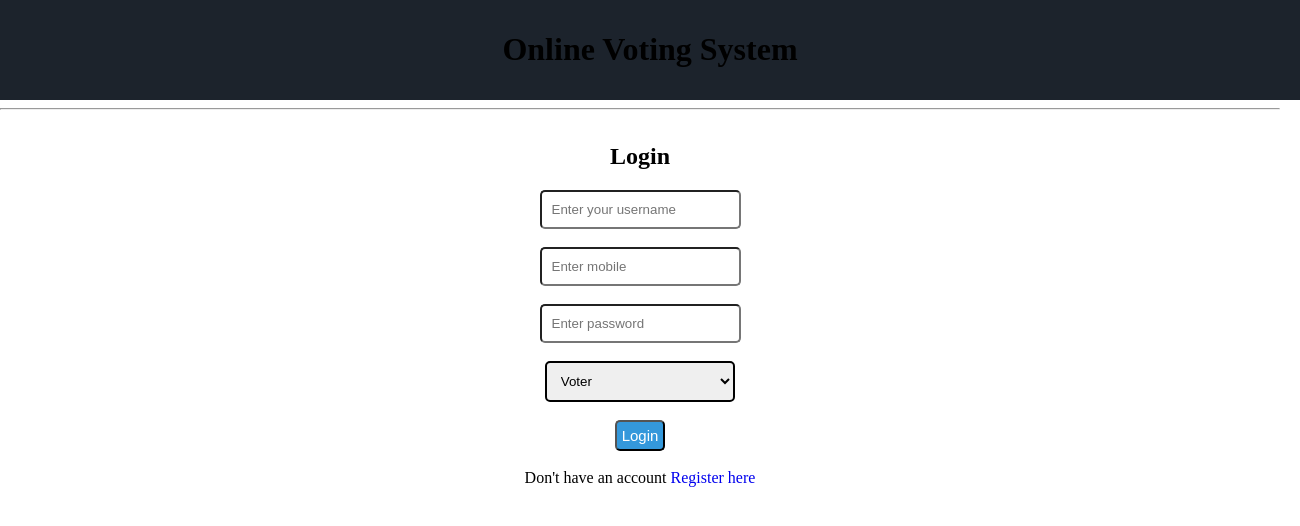
Repository: LeLoUcH-V-BrItAnIa/voting
Page: http://localhost/
These files come from the project's save history. The page is drawn as it stood at one moment and after the next save; the edit follows.
The browser window is 1280 px wide. The page is 1300 px wide, so the pictures cover 1300 px, including what lies to the right of the window. The pictures show the whole page.
The page is run by PHP 8.4 with error messages shown; the project is at /var/www/html/.

Above is the page before, as saved 2023-08-31 11:55:32.

### online-voting-system/index.php
<html>
    <head>
        <title>Online voting system - Home</title>
        <link rel="stylesheet" href="css/stylesheet.css">
    </head>
    <body>

            <center>
            <div id="headerSection" >
            <h1>Online Voting System</h1>
            </div>
            <hr>

            <div id="loginSection">
                <h2>Login</h2>
                <form action="api/login.php" method="POST">
                    <input type="text" name="username" placeholder="Enter your username" required><br><br>
                    <input type="number" name="mob" placeholder="Enter mobile" required><br><br>
                    <input type="password" name="pass" placeholder="Enter password" required><br><br>
                    <select name="role" style="width: 15%; border: 2px solid black">
                        <option value="1">Voter</option>
                        <option value="2">Candidate</option>
                    </select><br><br>
                    <button id="loginbtn" type="submit" name="loginbtn">Login</button><br><br>
                    Don't have an account <a href="routes/register.php">Register here</a>
                </form>
            </div>

            </center>
    </body>
</html>

### online-voting-system/css/stylesheet.css
body,html{
  margin: 0;
  height: 100%;

}
input {
  padding: 10px;
  border-radius: 5px;
}

select {
  padding: 10px;
  border-radius: 5px;
}

#upload {
  padding: 10px;
  border-radius: 5px;
  border: 2px solid black;
}

#headerSection {
  text-align: center;
  background-color: rgb(28, 35, 44);
  padding: 10px;
  width: 100%;
  font-family: Cursive;
}

#loginSection {
  padding: 5px;
}

body {
  background:linear-gradient(to ,#f000f0,#144568,#f000f0,#f000f0);
}

#loginbtn {
  padding: 5px;
  font-size: 15px;
  background-color: #3498db;
  color: white;
  border-radius: 5px;
}

#reglink {
  padding: 5px;
  font-size: 15px;
  background-color: #3498db;
  color: white;
  border-radius: 5px;
  text-decoration: none;
}

a {
  text-decoration: none;
}

#mainSection {
  padding: 10px;
}

#profileSection {
  width: 30%;
  float: left;
  background-color: white;
  padding: 20px;
}

#groupSection {
  width: 60%;
  float: right;
  background-color: white;
  padding: 20px;
}

#back-button {
  float: left;
  margin-left: 20px;
  margin-top: 20px;
  padding: 5px;
  font-size: 15px;
  background-color: #3498db;
  color: white;
  border-radius: 5px;
}

#logout-button {
  float: right;
  margin-right: 20px;
  margin-top: 20px;
  padding: 5px;
  font-size: 15px;
  background-color: #3498db;
  color: white;
  border-radius: 5px;
}

After the next save:
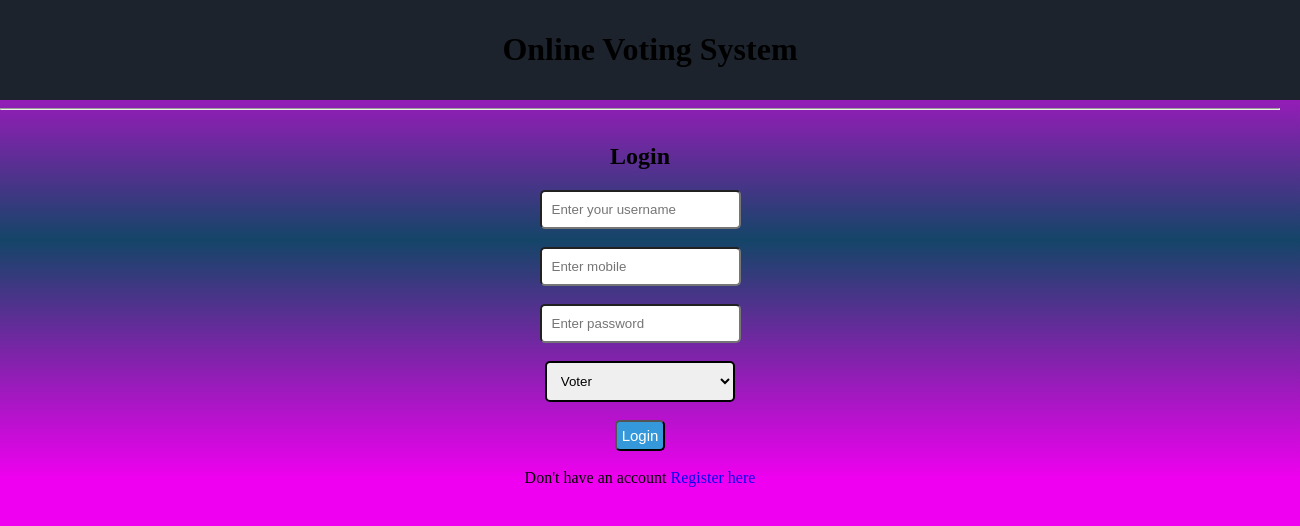
Saved 5 s later.
--- a/online-voting-system/css/stylesheet.css
+++ b/online-voting-system/css/stylesheet.css
@@ -32,7 +32,7 @@
 }
 
 body {
-  background:linear-gradient(to ,#f000f0,#144568,#f000f0,#f000f0);
+  background:linear-gradient(#f000f0,#144568,#f000f0,#f000f0);
 }
 
 #loginbtn {

After the 2 saves that followed:
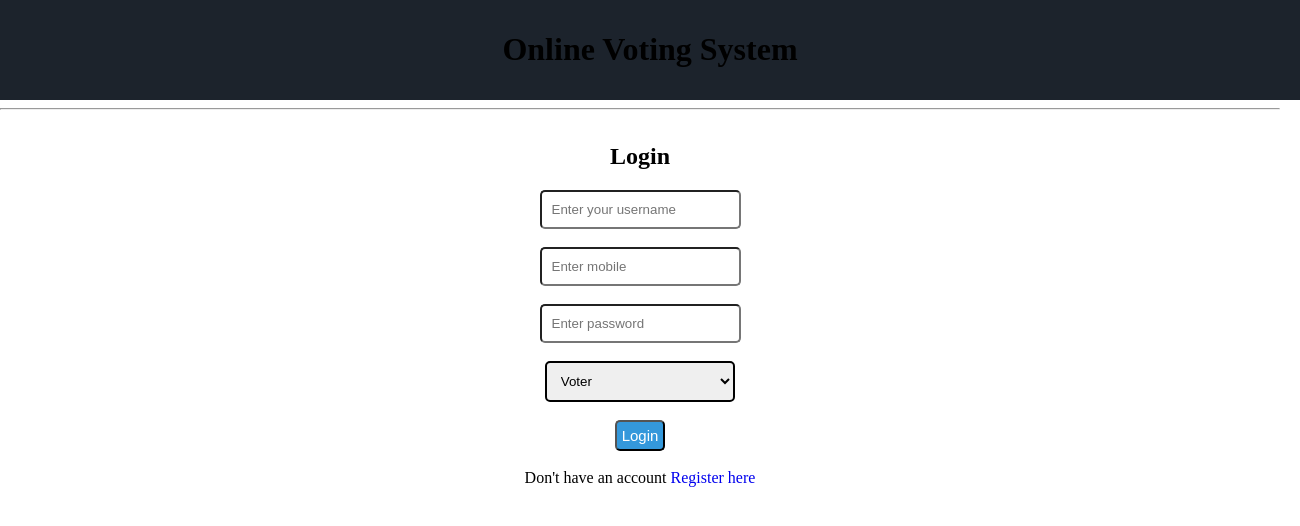
The 2 saves are shown as one change because they came seconds apart.
The last was saved 26 s later.
--- a/online-voting-system/css/stylesheet.css
+++ b/online-voting-system/css/stylesheet.css
@@ -32,7 +32,8 @@
 }
 
 body {
-  background:linear-gradient(#f000f0,#144568,#f000f0,#f000f0);
+  /* background:linear-gradient(#f000f0,#144568,#f000f0,#f000f0); */
+
 }
 
 #loginbtn {
